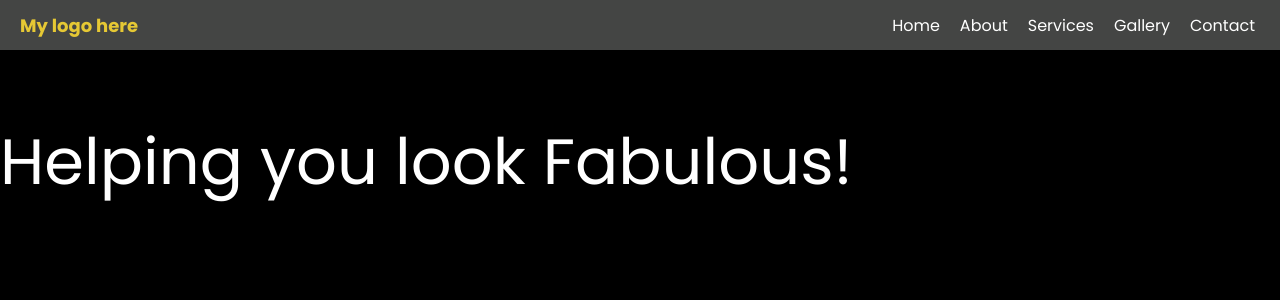
Repository: buzzedison/gardens
Page: index.html
The author's editor kept a copy of each file at every save. The page is drawn from the files as they stood at one save, then again after the next save.
The browser window is 1280 px wide. The pictures show the whole page.

Above is the page before, as saved 2022-01-12 17:03:02.

After the next save:
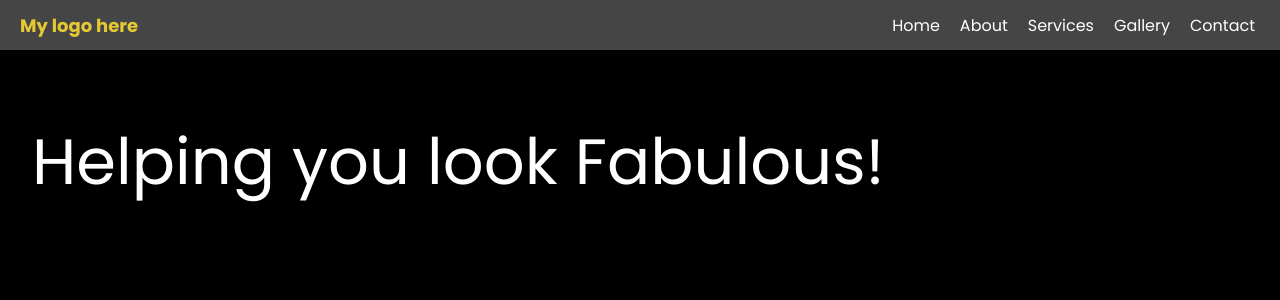
Saved 18 s later.
--- a/css/styles.css
+++ b/css/styles.css
@@ -126,4 +126,5 @@ ul li:hover {
   color: white;
   font-size: 4em;
   padding-top: 1em;
+  padding-left: 0.5em;
 }
